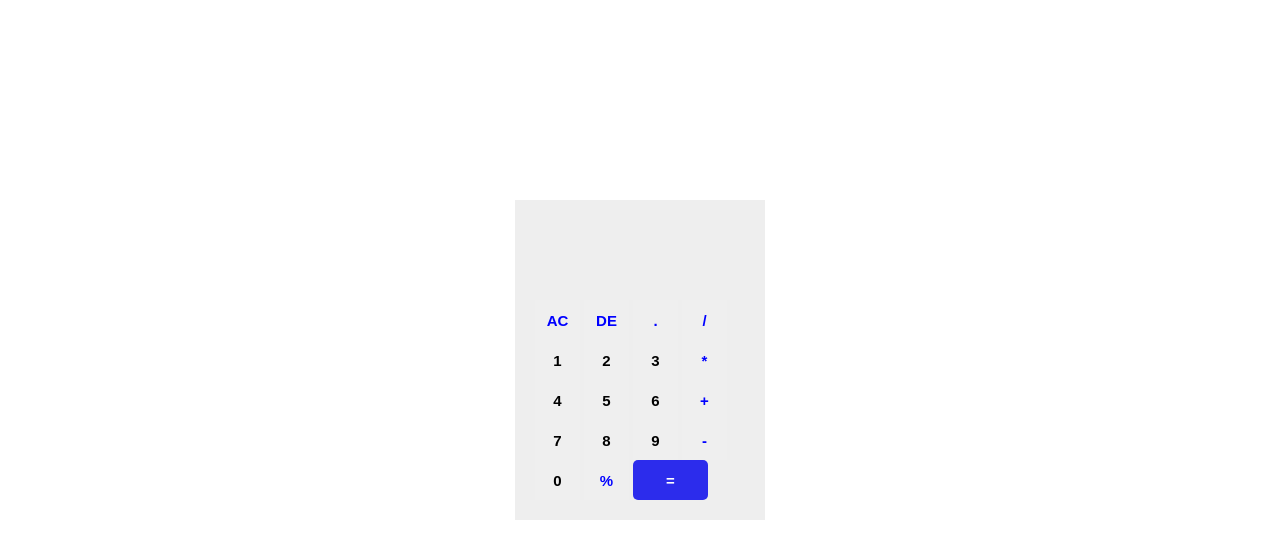
Repository: jerrys-arch/web-calculator
Page: index.html
An editor plug-in stored every save of this project. The page is shown before and after the next save, followed by the edit.
The browser window is 1280 px wide. The pictures show the whole page.

Above is the page before, as saved 2024-11-30 06:04:10.

### index.html
<!DOCTYPE html>
<html lang="en">
<head>
    <meta charset="UTF-8">
    <meta name="viewport" content="width=device-width, initial-scale=1.0">
    <title>calculator</title>
    <link rel="stylesheet" href="styles.css">
</head>
<body>
    <div class="container">
        <div class="calculator">
            <form>
            <div class="display">
                <input id="display" type="text" disabled>
            </div>
            <div class="btn">
                <input type="button" value="AC" class="operator" onclick="clearDisplay()">
                <input type="button" value="DE" class="operator" onclick="deleteLast()">
                <input type="button" value="." class="operator" onclick="appendToDisplay('.')">
                <input type="button" value="/" class="operator" onclick="appendToDisplay('/')">
            </div>
            <div class="btn">
                <input type="button" value="1" onclick="appendToDisplay('1')">
                <input type="button" value="2" onclick="appendToDisplay('2')">
                <input type="button" value="3" onclick="appendToDisplay('3')">
                <input type="button" value="*" class="operator" onclick="appendToDisplay('*')">
            </div>
            <div>
                <input type="button" value="4" onclick="appendToDisplay('4')">
                <input type="button" value="5" onclick="appendToDisplay('5')">
                <input type="button" value="6" onclick="appendToDisplay('6')">
                <input type="button" value="+" class="operator" onclick="appendToDisplay('+')">
            </div>
            <div class="btn">
                <input type="button" value="7" onclick="appendToDisplay('7')" >
                <input type="button" value="8" onclick="appendToDisplay('8')">
                <input type="button" value="9" onclick="appendToDisplay('9')">
                <input type="button" value="-" class="operator" onclick="appendToDisplay('-')">
            </div>
            <div class="btn">
                <input type="button" value="0" onclick="appendToDisplay('0')">
                <input type="button" value="%" class="operator" onclick="calculatePercent()">
                <input type="button" value="=" id="equal" onclick="calculateResult()">
            </div>
        </form>
        </div>
    </div>
    <script src="script.js"></script>
</body>
</html>

### styles.css
*{
    margin:0;
    padding:0;
    box-sizing: border-box;
}

.container{
    display:flex;
    align-items: center;
    justify-content: center;
    height:100vh;
}
.calculator{
    align-items: center;
    padding:20px;
    width:250px;
    background: #eee;
}
.calculator form input{
    width:45px;
    height:40px;
   /* padding: 10px;*/
    border:none;
    font-size: 15px;
    font-weight: bold;
}
.calculator form .display{
   padding: 20px;

}
.calculator form #display{
   width:100%;
   border:none;
   background: transparent;
   text-align: right;

}
.calculator form #equal{
    width:75px;
    background: rgb(44, 44, 236);
    border:none;
   color:white;
   border-radius: 5px;
}
.operator{
    color:blue;
}

### script.js

const display = document.getElementById("display");
function appendToDisplay(value){
    display.value +=value;
}
function calculateResult(value){
    display.value=eval(display.value);
}
function clearDisplay(){
    display.value='';
}
function deleteLast(){
    display.value=display.value.slice(0,-1);
}
function calculatePercent(value){
   display.value=display.value/100;
}

After the next save:
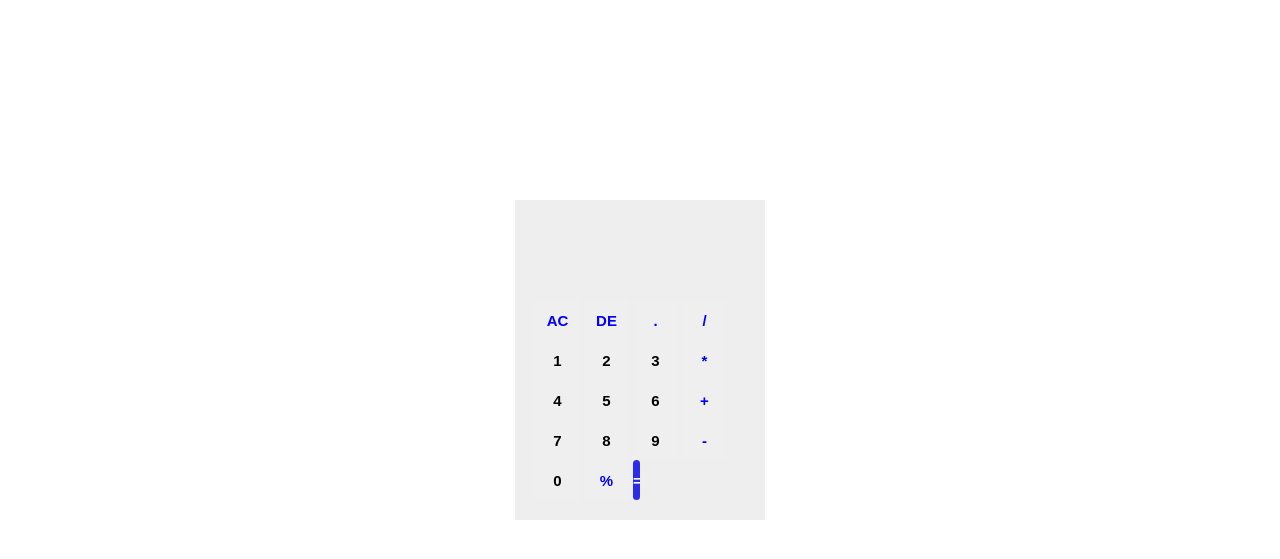
Saved 9 s later.
--- a/styles.css
+++ b/styles.css
@@ -36,7 +36,7 @@
 
 }
 .calculator form #equal{
-    width:75px;
+    width:7px;
     background: rgb(44, 44, 236);
     border:none;
    color:white;
